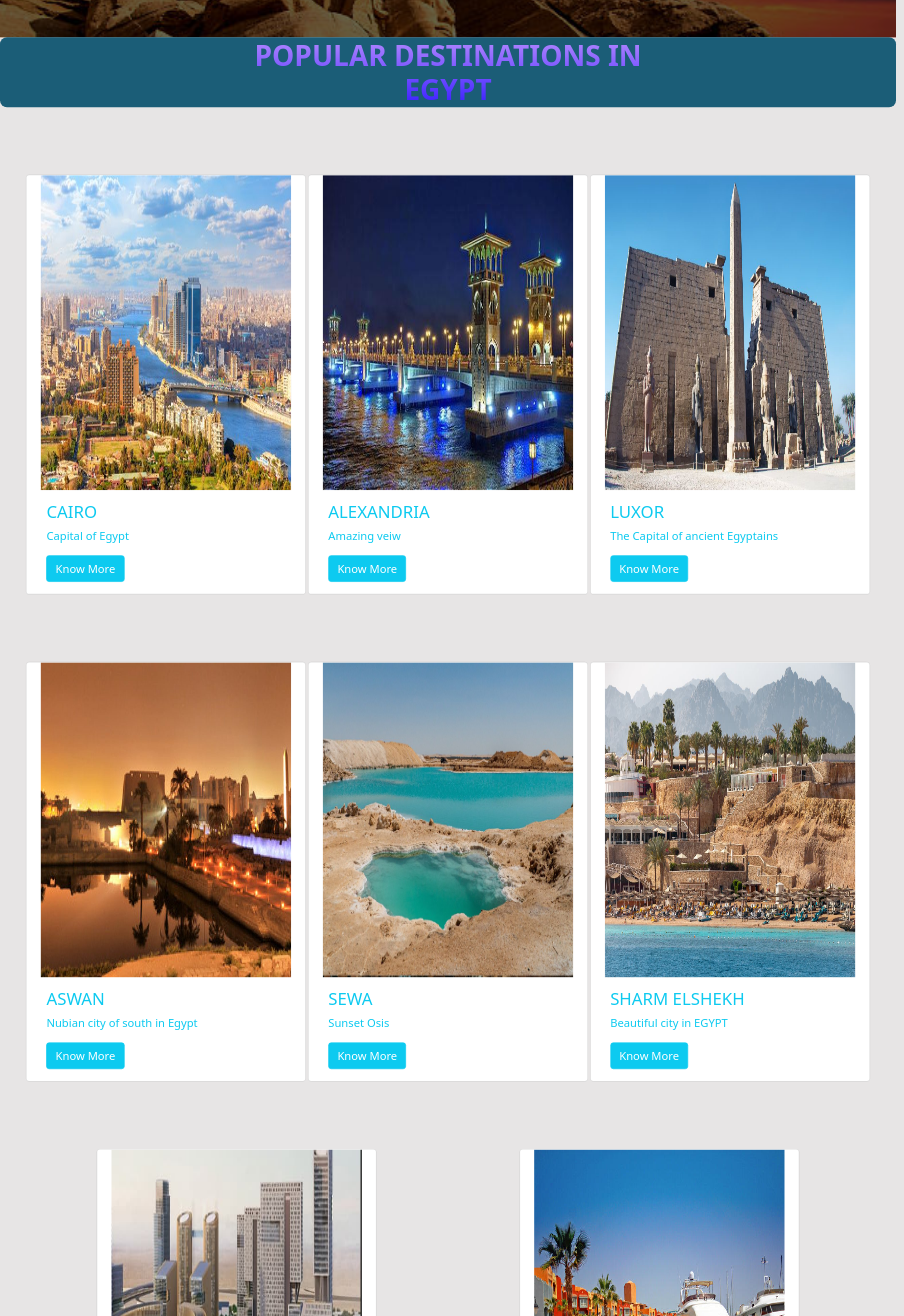
Repository: Ahmed123rezk123/P-temp
Page: index.html
The author's editor kept a copy of each file at every save. The page is drawn from the files as they stood at one save, then again after a run of saves.
The browser window is 1280 px wide. The page is 1292 px wide, so the pictures cover 1292 px, including what lies to the right of the window. The pictures show the part of the page from y = 3396 to 5276 px (the page is 6226 px tall), at 70% of full size.
Backgrounds fixed to the window are drawn as part of the page.

Above is the page before, as saved 2024-02-18 13:08:06.

After the next 2 saves:
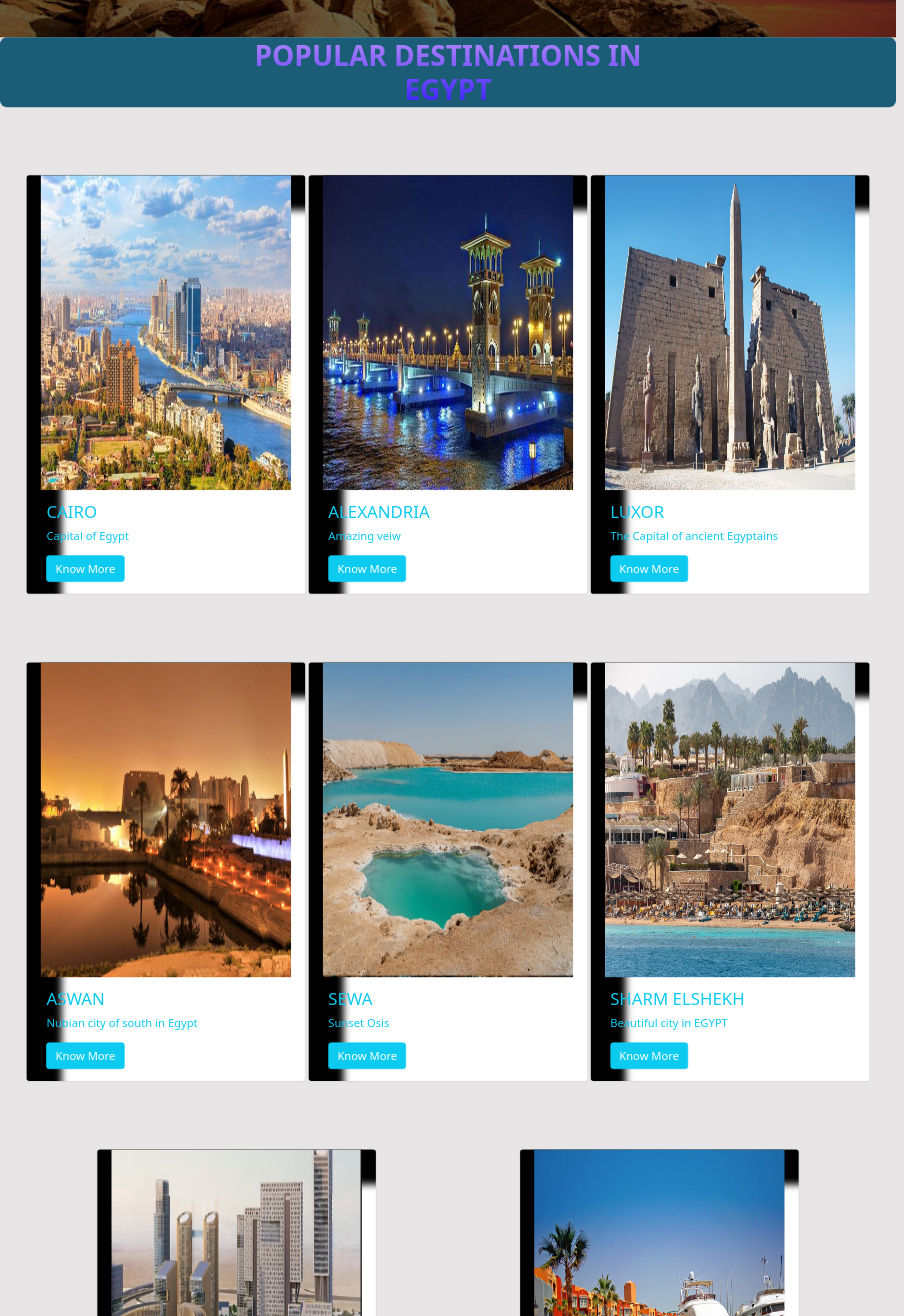
The 2 saves are shown as one change because they came seconds apart.
The last was saved 91 s later.
--- a/CSS/style.css
+++ b/CSS/style.css
@@ -302,7 +302,7 @@ background: -webkit-linear-gradient( #b387ff , rgb(57, 31, 255));
 }
 
   .section13 .card {
-    box-shadow: 30px 30px 10px 20px black outset;
+    box-shadow: 30px 30px 10px 20px black inset;
   }
 
 /* End section 13 */
